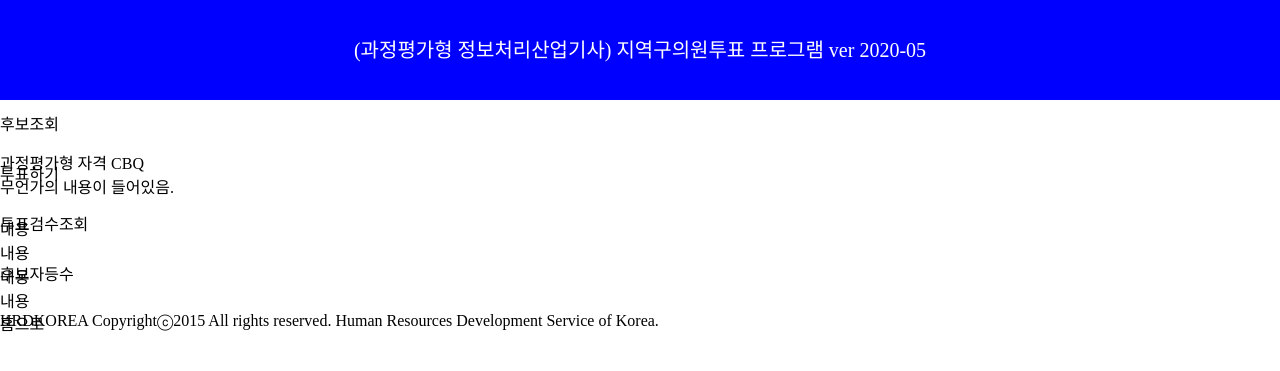
Repository: kayeunae/mvc-pattern
Page: http://localhost/VOTE_1234/
The author's editor kept a copy of each file at every save. The page is drawn from the files as they stood at one save, then again after the next save.
The browser window is 1280 px wide. The pictures show the whole page.
The page is served by Tomcat 9.

Above is the page before, as saved 2022-12-21 05:02:02.

After the next save:
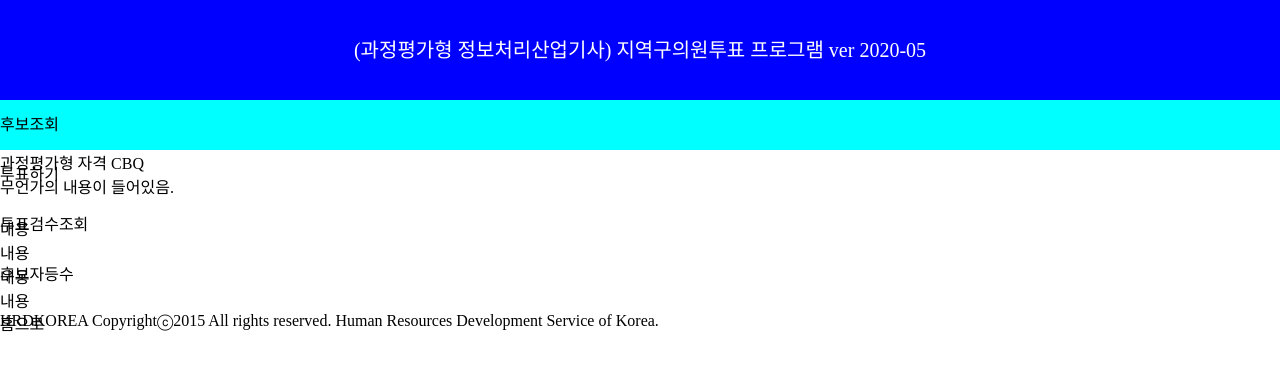
Saved 10 s later.
--- a/VOTE_1234/src/main/webapp/style.css
+++ b/VOTE_1234/src/main/webapp/style.css
@@ -21,4 +21,5 @@
 nav {
 	height: 50px;
 	line-height: 50px;
+	background: aqua;
 }
